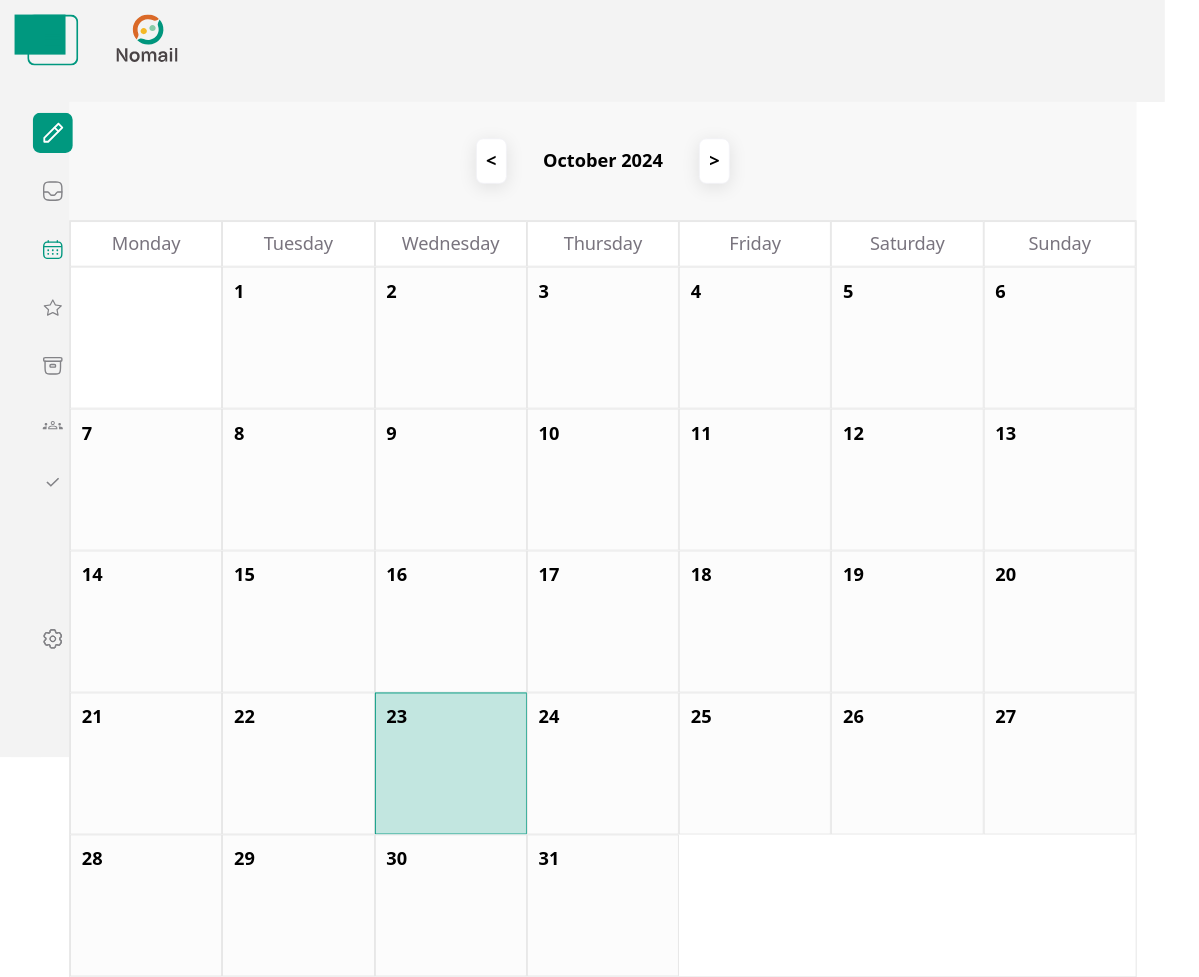
Repository: Tofigkh1/Nomail-App
Page: /calendar
These files come from the project's save history. The page is drawn as it stood at one moment and after a run of saves; the edit follows.
The browser window is 1280 px wide. The page is 1280 px wide, then 1318 px, then 1280 px, so the pictures cover 1318 px, including what lies to the right of the window. The pictures show the whole page, at 91% of full size.
The project was rebuilt for these pictures with package versions that can differ from the ones it lists, and the page was loaded fresh each time. The framework's server and built-in components were replaced by stand-ins that run in the browser. Also part of the build but not shown: next.config.mjs, components/shared/svg/calendarSvg.jsx.

Above is the page before, as saved 2024-10-23 03:25:42.

### app/layout.tsx
import type { Metadata } from "next";
import localFont from "next/font/local";
import "./Styles/globals.css";
import Header from "@/components/shared/client/Header/header";

const geistSans = localFont({
  src: "./fonts/GeistVF.woff",
  variable: "--font-geist-sans",
  weight: "100 900",
});
const geistMono = localFont({
  src: "./fonts/GeistMonoVF.woff",
  variable: "--font-geist-mono",
  weight: "100 900",
});

export const metadata: Metadata = {
  title: "Create Next App",
  description: "Generated by create next app",
};

export default function RootLayout({
  children,
}: Readonly<{
  children: React.ReactNode;
}>) {
  return (
    <html lang="en">
      <body
        className={`${geistSans.variable} ${geistMono.variable} antialiased`}
      >
        {children}

      </body>
    </html>
  );
}

### app/Styles/globals.css
@tailwind base;
@tailwind components;
@tailwind utilities;


.App {
  font-family: sans-serif;
  text-align: center;
}


:root {
  --background: #ffffff;
  --foreground: #171717;
}

@media (prefers-color-scheme: dark) {
  :root {
    --background: #0a0a0a;
    --foreground: #ededed;
  }
}


@layer utilities {
  .text-balance {
    text-wrap: balance;
  }
}

### components/shared/client/Header/header.tsx
import { useContext } from "react";
import { SidebarContext } from '../SideBarMenu/sideBarMenu'; // Import context
import NomailLogo from "@/components/shared/svg/headerlLogoSvg";
import HamburgerBtnSvg from "../../svg/hamburgerBtnSvg"



export default function Header() {

    const { expanded, setExpanded } = useContext(SidebarContext); // Access context

    return (
        <div className="flex items-center justify-between p-4 bg-headerColor text-white">
            <div className='w-auto h-20 flex gap-14'>

                <div>
                    <button onClick={() => setExpanded(!expanded)}
                            className="pl-3.5 bg-textColorGreen hover:bg-clientButtonGreen w-14 h-11">
                        <HamburgerBtnSvg/>
                    </button>
                </div>

                <div>
                    <NomailLogo/>
                </div>


            </div>
        </div>
    );
}

### components/shared/client/SideBarMenu/sideBarMenu.tsx
import React, { useState, useContext, ReactNode } from "react";
import { ChevronFirst, ChevronLast } from "lucide-react";

export const SidebarContext = React.createContext<{ expanded: boolean; setExpanded: (expanded: boolean) => void; }>({
    expanded: false,
    setExpanded: () => {},
});

// Sidebar component now depends on context for state
export default function Sidebar({ children }: { children: ReactNode }) {
    const { expanded, setExpanded } = useContext(SidebarContext);

    return (
        <aside className="h-screen bg-headerColor">
            <nav
                className={`h-full flex flex-col bg-headerColor border-r border-whiteLight3 transition-all duration-200 ease-in-out ml-3 ${expanded ? "w-[127%] h-[130%] " : "w-[99px]"}`}>

                <ul className=" flex-1 px-3">{children}</ul>
            </nav>
        </aside>
    );
}

// SidebarItem component for individual items inside the sidebar
type SidebarItemProps = {
    icon: ReactNode;   // Icon to display in the sidebar item
    text: string;      // Text to display in the sidebar item
    active: boolean;   // Boolean to determine if the item is active (highlighted)
    onClick: () => void; // Add onClick function to handle clicks
    style?: React.CSSProperties;
};

export function SidebarItem({icon, text, active, onClick,style}: SidebarItemProps) {
    const context = useContext(SidebarContext); // Sidebar context to manage expanded/collapsed state
    const {expanded} = context!;

    return (
        <li
            onClick={onClick} // Attach the click handler here
            style={style}
            className={`group relative flex items-center py-2 px-3 my-1 font-medium rounded-md cursor-pointer duration-300 ease-in-out transition-colors
          ${
                active
                    ? " text-mainRedLight " // Active item style
                    : " text-gray-600 " // Hover style for non-active items
            }`}
        >

            <span className="text-xl transition-all duration-300 ease-in-out">
        {icon}
      </span>

            {/* Text büyütüldü ve boşluk artırıldı */}
            {expanded && (
                <span className="ml-4 text-xl text-black transition-all duration-300 ease-in-out ">
          {text}
        </span>
            )}

            {/* Navbar kapalıyken hover ile çıkan isimler için arka plan yeşil yapıldı */}
            {!expanded && (
                <span
                    className={` absolute left-full whitespace-nowrap bg-textColorGreen text-white rounded-md py-1 px-2 transition-all duration-300 ease-in-out ml-2 opacity-0 group-hover:opacity-100`}
                >
          {text}
        </span>
            )}
        </li>
    );
}

### components/shared/svg/newMail.jsx
'use client'
export default function  newMail(){
    return(
        <>
            <svg width="44" height="44" viewBox="0 0 44 44" fill="none" xmlns="http://www.w3.org/2000/svg">
                <rect width="44" height="44" rx="8" fill="#00987F"/>
                <path fill-rule="evenodd" clip-rule="evenodd"
                      d="M27.5115 11.2439C27.902 10.8534 28.5351 10.8534 28.9257 11.2438L33.1687 15.4863C33.3562 15.6739 33.4616 15.9282 33.4616 16.1935C33.4616 16.4587 33.3562 16.7131 33.1687 16.9006L17.6122 32.4571C17.4247 32.6446 17.1703 32.75 16.9051 32.75H12.6626C12.1103 32.75 11.6626 32.3023 11.6626 31.75V27.5075C11.6626 27.2423 11.768 26.9879 11.9555 26.8004L27.5115 11.2439ZM28.2187 13.3652L13.6626 27.9217V30.75H16.4909L31.0473 16.1935L28.2187 13.3652Z"
                      fill="white"/>
                <path fill-rule="evenodd" clip-rule="evenodd"
                      d="M23.269 15.4864C23.6595 15.0959 24.2927 15.0959 24.6832 15.4864L28.9257 19.7289C29.3162 20.1194 29.3162 20.7526 28.9257 21.1431C28.5352 21.5336 27.902 21.5336 27.5115 21.1431L23.269 16.9006C22.8784 16.5101 22.8784 15.8769 23.269 15.4864Z"
                      fill="white"/>
            </svg>


        </>
    )
}

### components/shared/svg/FavoritesSvg.jsx
'use client'
export default function  favoritesSvg(){
    return(
        <>
            <svg width="44" height="44" viewBox="0 0 44 44" fill="none" xmlns="http://www.w3.org/2000/svg">
                <path
                    d="M15.5808 30.2201C15.4833 30.7528 16.0307 31.1692 16.5132 30.9316L22.0006 28.2246L27.4868 30.9316C27.9693 31.1692 28.5168 30.7528 28.4193 30.2213L27.3818 24.5457L31.7842 20.5188C32.1967 20.142 31.9842 19.4533 31.4317 19.3789L25.3093 18.5438L22.5794 13.3517C22.5274 13.2465 22.4453 13.1576 22.3428 13.0953C22.2402 13.0331 22.1214 13 22 13C21.8787 13 21.7598 13.0331 21.6573 13.0953C21.5547 13.1576 21.4727 13.2465 21.4206 13.3517L18.6907 18.545L12.5683 19.3801C12.0171 19.4545 11.8033 20.1432 12.2146 20.52L16.6182 24.5469L15.5808 30.2225V30.2201ZM21.7119 26.8999L17.1045 29.1725L17.972 24.4245C17.9928 24.3152 17.9852 24.2026 17.9496 24.0969C17.914 23.9911 17.8517 23.8955 17.7682 23.8185L14.1358 20.4948L19.2007 19.8037C19.3054 19.788 19.4046 19.7484 19.4901 19.6883C19.5756 19.6281 19.6448 19.5492 19.6919 19.4581L21.9981 15.0688L24.3068 19.4581C24.354 19.5492 24.4232 19.6281 24.5086 19.6883C24.5941 19.7484 24.6934 19.788 24.7981 19.8037L29.863 20.4936L26.2306 23.8173C26.1469 23.8944 26.0844 23.9903 26.0488 24.0962C26.0133 24.2022 26.0057 24.315 26.0268 24.4245L26.8943 29.1725L22.2869 26.8999C22.1979 26.8555 22.0991 26.8324 21.9988 26.8324C21.8985 26.8324 21.8009 26.8555 21.7119 26.8999Z"
                    fill="#A4A4A9"/>
                <path
                    d="M15.5808 30.2201C15.4833 30.7528 16.0307 31.1692 16.5132 30.9316L22.0006 28.2246L27.4868 30.9316C27.9693 31.1692 28.5168 30.7528 28.4193 30.2213L27.3818 24.5457L31.7842 20.5188C32.1967 20.142 31.9842 19.4533 31.4317 19.3789L25.3093 18.5438L22.5794 13.3517C22.5274 13.2465 22.4453 13.1576 22.3428 13.0953C22.2402 13.0331 22.1214 13 22 13C21.8787 13 21.7598 13.0331 21.6573 13.0953C21.5547 13.1576 21.4727 13.2465 21.4206 13.3517L18.6907 18.545L12.5683 19.3801C12.0171 19.4545 11.8033 20.1432 12.2146 20.52L16.6182 24.5469L15.5808 30.2225V30.2201ZM21.7119 26.8999L17.1045 29.1725L17.972 24.4245C17.9928 24.3152 17.9852 24.2026 17.9496 24.0969C17.914 23.9911 17.8517 23.8955 17.7682 23.8185L14.1358 20.4948L19.2007 19.8037C19.3054 19.788 19.4046 19.7484 19.4901 19.6883C19.5756 19.6281 19.6448 19.5492 19.6919 19.4581L21.9981 15.0688L24.3068 19.4581C24.354 19.5492 24.4232 19.6281 24.5086 19.6883C24.5941 19.7484 24.6934 19.788 24.7981 19.8037L29.863 20.4936L26.2306 23.8173C26.1469 23.8944 26.0844 23.9903 26.0488 24.0962C26.0133 24.2022 26.0057 24.315 26.0268 24.4245L26.8943 29.1725L22.2869 26.8999C22.1979 26.8555 22.0991 26.8324 21.9988 26.8324C21.8985 26.8324 21.8009 26.8555 21.7119 26.8999Z"
                    fill="black" fill-opacity="0.2"/>
            </svg>


        </>
    )
}

### components/shared/svg/ArchiveSvg.jsx
'use client'
export default function archiveSvg(){
    return(
        <>
            <svg width="44" height="44" viewBox="0 0 44 44" fill="none" xmlns="http://www.w3.org/2000/svg">
                <path
                    d="M19 22C19 21.534 19 21.301 19.076 21.117C19.1777 20.8725 19.3723 20.6783 19.617 20.577C19.801 20.5 20.034 20.5 20.5 20.5H23.5C23.966 20.5 24.199 20.5 24.383 20.576C24.6275 20.6777 24.8217 20.8723 24.923 21.117C25 21.301 25 21.534 25 22C25 22.466 25 22.699 24.924 22.883C24.8223 23.1275 24.6277 23.3217 24.383 23.423C24.199 23.5 23.966 23.5 23.5 23.5H20.5C20.034 23.5 19.801 23.5 19.617 23.424C19.3725 23.3223 19.1783 23.1277 19.077 22.883C19 22.699 19 22.466 19 22Z"
                    stroke="#A4A4A9" stroke-width="1.5"/>
                <path
                    d="M19 22C19 21.534 19 21.301 19.076 21.117C19.1777 20.8725 19.3723 20.6783 19.617 20.577C19.801 20.5 20.034 20.5 20.5 20.5H23.5C23.966 20.5 24.199 20.5 24.383 20.576C24.6275 20.6777 24.8217 20.8723 24.923 21.117C25 21.301 25 21.534 25 22C25 22.466 25 22.699 24.924 22.883C24.8223 23.1275 24.6277 23.3217 24.383 23.423C24.199 23.5 23.966 23.5 23.5 23.5H20.5C20.034 23.5 19.801 23.5 19.617 23.424C19.3725 23.3223 19.1783 23.1277 19.077 22.883C19 22.699 19 22.466 19 22Z"
                    stroke="black" stroke-opacity="0.2" stroke-width="1.5"/>
                <path
                    d="M30.5 17V23C30.5 26.771 30.5 28.657 29.328 29.828C28.157 31 26.271 31 22.5 31H21.5C17.729 31 15.843 31 14.672 29.828C13.5 28.657 13.5 26.771 13.5 23V17"
                    stroke="#A4A4A9" stroke-width="1.5" stroke-linecap="round"/>
                <path
                    d="M30.5 17V23C30.5 26.771 30.5 28.657 29.328 29.828C28.157 31 26.271 31 22.5 31H21.5C17.729 31 15.843 31 14.672 29.828C13.5 28.657 13.5 26.771 13.5 23V17"
                    stroke="black" stroke-opacity="0.2" stroke-width="1.5" stroke-linecap="round"/>
                <path
                    d="M12 15C12 14.057 12 13.586 12.293 13.293C12.586 13 13.057 13 14 13H30C30.943 13 31.414 13 31.707 13.293C32 13.586 32 14.057 32 15C32 15.943 32 16.414 31.707 16.707C31.414 17 30.943 17 30 17H14C13.057 17 12.586 17 12.293 16.707C12 16.414 12 15.943 12 15Z"
                    stroke="#A4A4A9" stroke-width="1.5"/>
                <path
                    d="M12 15C12 14.057 12 13.586 12.293 13.293C12.586 13 13.057 13 14 13H30C30.943 13 31.414 13 31.707 13.293C32 13.586 32 14.057 32 15C32 15.943 32 16.414 31.707 16.707C31.414 17 30.943 17 30 17H14C13.057 17 12.586 17 12.293 16.707C12 16.414 12 15.943 12 15Z"
                    stroke="black" stroke-opacity="0.2" stroke-width="1.5"/>
            </svg>

        </>
    )
}

### components/shared/svg/TodoSvg.jsx
'use client'
export default function  todoSvg(){
    return(
        <>
            <svg width="44" height="44" viewBox="0 0 44 44" fill="none" xmlns="http://www.w3.org/2000/svg">
                <path d="M19.8957 27L15 22.2599L16.2239 21.0748L19.8957 24.6299L27.7761 17L29 18.185L19.8957 27Z"
                      fill="#A4A4A9"/>
                <path d="M19.8957 27L15 22.2599L16.2239 21.0748L19.8957 24.6299L27.7761 17L29 18.185L19.8957 27Z"
                      fill="black" fill-opacity="0.2"/>
            </svg>

        </>
    )
}

### components/shared/svg/hamburgerBtnSvg.jsx
'use client'
export default function  HamburgerBtnSvg(){
    return(
        <>
            <svg width="56" height="56" viewBox="0 0 56 56" fill="none" xmlns="http://www.w3.org/2000/svg">
                <rect x="1" y="1" width="54" height="54" rx="7" stroke="#00987F" stroke-width="2"/>
                <path d="M19 22H37V24H19V22ZM19 27H37V29H19V27ZM19 32H37V34H19V32Z" fill="#00987F"/>
            </svg>


        </>
    )
}

### components/shared/client/Calendar/Calendar.css
.calendar-container {
    width: 95%;
    background-color: #f8f8f8;
    color: black;
    margin: 0 auto;

  }

  .calendar-header {
    display: flex;
    justify-content: center;
    align-items: center;
    gap: 40px;
    padding: 40px 0;
  }

  .calendar-header button {
    background-color: white;
    color: black;
    border-radius: 8px;
    border: 1px solid #f2f2f7;
    padding: 10px;
    cursor: pointer;
    box-shadow: 0px 4px 20px 0px rgba(0, 0, 0, 0.1);
  }

  .calendar-header span {
    font-weight: bold;
  }

  .calendar-grid {
    display: grid;
    grid-template-columns: repeat(7, 1fr);
    justify-content: center;
    align-items: center;
    border: 1px solid #e5e5e5;
    background-color: #fff;
  }

  .calendar-day-name {
    font-size: 20px;
    font-style: normal;
    font-weight: 400;
    letter-spacing: -0.15px;
    color: #79747e;
    padding: 10px;
    border: 1px solid #e5e5e5;
    width: 100%;
    text-align: center;
  }

  .calendar-day {
    background-color: #f0f0f0;
    text-align: center;
    cursor: pointer;
    display: flex;
    width: 100%;
    border: 1px solid #e5e5e5;
    padding: 12px;
    height: 156px;
    flex-direction: column;
    align-items: flex-start;
    background-color: #fcfcfc;
  }
  .calendar-day:hover {
    background-color: #e5e5ea;
  }

  .calendar-day.today {
    border: 1px solid #00987f;
    background-color: #00987f3d;
  }

  .calendar-day.empty {
    background-color: transparent;
    cursor: default;
  }

  .calendar-popup {
    position: fixed;
    top: 20%;
    left: 50%;
    transform: translate(-50%, 0);
    background-color: white;
    border: 1px solid #ddd;
    box-shadow: 0 2px 10px rgba(0, 0, 0, 0.1);
    z-index: 1000;
    display: flex;
    flex-direction: column;
    gap: 5px;
  }

  .popup-header {
    width: 100%;
    display: flex;
    justify-content: space-between;
    box-shadow: 2px 2px 40px 0px rgba(0, 0, 0, 0.16);
    padding: 10px;
  }

  .discard-btn,
  .save-btn {
    background-color: #fff;
    border: none;
    padding: 5px 10px;
    cursor: pointer;
    font-size: 14px;
    border-radius: 4px;
  }
  .popup-external {
    display: flex;
    justify-content: space-between;
    align-items: center;
  }
  .save-btn {
    background-color: #00987f;
    color: white;
    display: flex;
    align-items: center;
    justify-content: space-between;
    gap: 5px;
    padding: 7.5px 8px;
  }

  .discard-btn {
    color: white;
    display: flex;
    align-items: flex-start;
    gap: 8px;
    color: black;
  }

  .popup-content {
    display: flex;
    flex-direction: column;
    gap: 10px;
    padding: 10px;
  }
  .firstContainer {
    display: flex;
    justify-content: center;
    gap: 10px;
    padding: 10px;
  }
  .secondContainer {
    display: flex;
    align-items: center;
    gap: 10px;
    padding: 10px;
  }
  .thirdContainer {
    display: flex;
    align-items: center;
    gap: 10px;
    padding: 10px;
  }
  .inputContainers {
    display: flex;
    gap: 10px;
  }
  .dateInput {
    padding: 5px;
    border: 1px solid #e5e5e5;
    border-radius: 10px;
  }
  .timeInput {
    padding: 5px;
    border: 1px solid #e5e5e5;
    border-radius: 10px;
  }
  .textAreaInput {
      padding: 5px;
      width: 100%;
  }
  .textAreaInput:focus {
      outline: none;
      border-bottom: 2px solid #00987f;
  }
  .textInput {
      padding: 5px;
  }
  .textInput:focus {
      outline: none;
      border-bottom: 2px solid #00987f;
  }
  .event-list {
      width: 100%;
      height: 100%;
      display: flex;
      align-items: end;
  }
  .event-item {
      display: flex;
      justify-content: space-between;
      align-items: center;
      width: 100%;
  }
  .goldenText {
      color: #FFC531;
  }


  /* Toggle düğmesi (switch) stil */
  .switch {
      position: relative;
      display: inline-block;
      width: 50px;
      height: 24px;
    }

    /* Gizlenen varsayılan checkbox */
    .switch input {
      opacity: 0;
      width: 0;
      height: 0;
    }

    /* Slider stil (toggle kısmı) */
    .slider {
      position: absolute;
      cursor: pointer;
      top: 0;
      left: 0;
      right: 0;
      bottom: 0;
      background-color: #ccc;
      transition: 0.4s;
      border-radius: 34px;
    }

    .slider:before {
      position: absolute;
      content: "";
      height: 20px;
      width: 20px;
      left: 4px;
      bottom: 2px;
      background-color: white;
      transition: 0.4s;
      border-radius: 50%;
    }

    /* Checkbox checked olunca stil */
    input:checked + .slider {
      background-color: #2196F3;
    }

    /* Toggle yuvarlağının sağa geçmesi */
    input:checked + .slider:before {
      transform: translateX(26px);
    }

    /* Slider yuvarlatılmış köşeler */
    .slider.round {
      border-radius: 34px;
    }

    .slider.round:before {
        border-radius:50%;
}

### tailwind.config.ts
import type { Config } from "tailwindcss";

const config: Config = {
  content: [
    "./pages/**/*.{js,ts,jsx,tsx,mdx}",
    "./components/**/*.{js,ts,jsx,tsx,mdx}",
    "./app/**/*.{js,ts,jsx,tsx,mdx}",
  ],
  theme: {
    extend: {
      colors: {
        background: "var(--background)",
        foreground: "var(--foreground)",
        headerColor: "#F3F3F3",
        textColorGreen: "#00987F",
        textGray: "#A4A4A9",
        sideBarColor: "#E5E5E5",
        textColGreen: "#00987F",
        bordersColor: "#D1D1D6"
      },
    },
  },
  plugins: [],
};
export default config;

Loaded but not shown: components/shared/svg/settingSvg.jsx (25 lines, source omitted); components/shared/client/Calendar/index.jsx (361 lines, source omitted); components/shared/svg/InboxSvg.jsx (17 lines, source omitted); components/shared/svg/groupSvg.jsx (17 lines, source omitted); components/shared/svg/headerlLogoSvg.jsx (38 lines, source omitted); app/calendar/page.tsx (100 lines, source omitted); components/shared/svg/calendarActiveSvg.jsx (18 lines, source omitted)

After the next 3 saves:
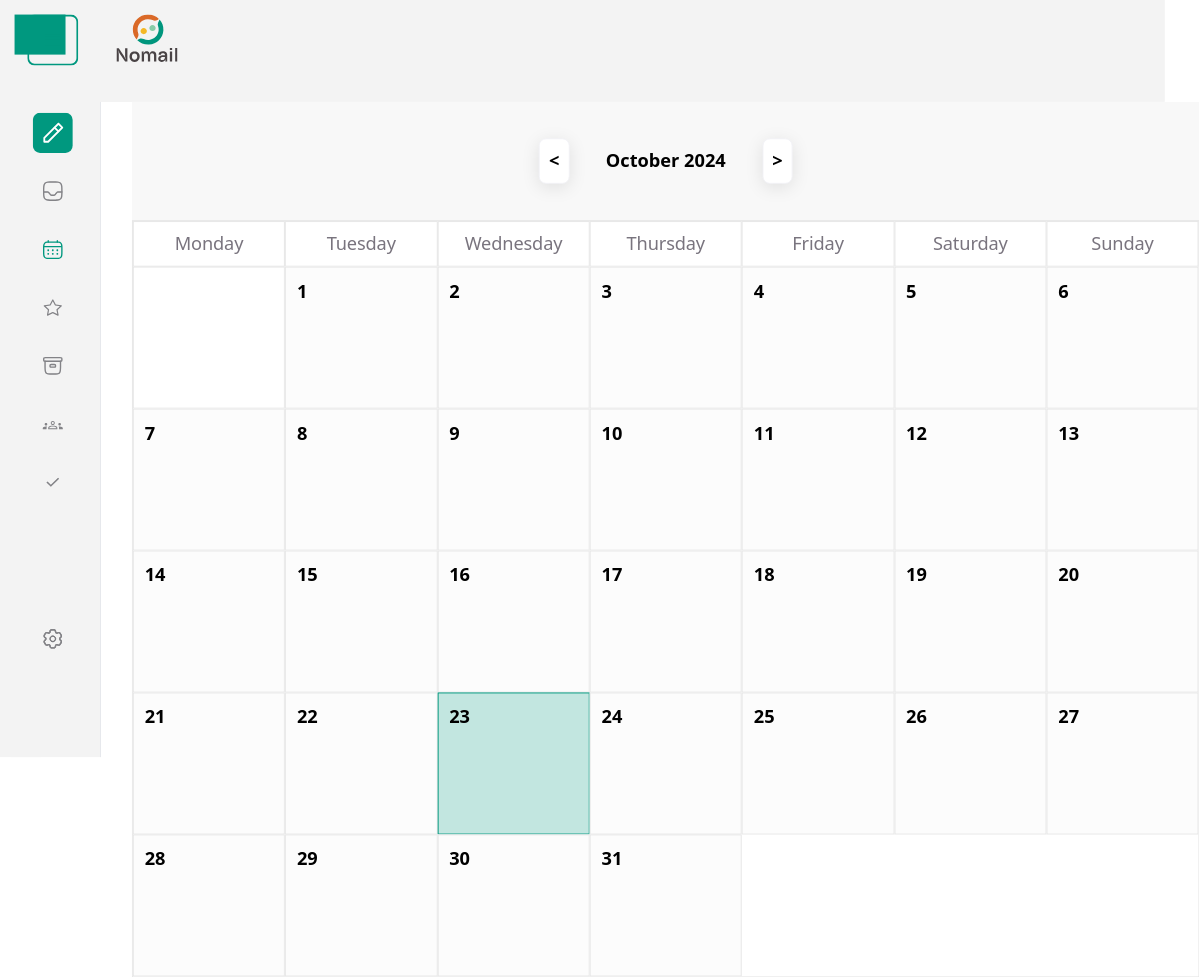
The 3 saves are shown as one change because they came seconds apart.
The last was saved 9 s later.
--- a/components/shared/client/Calendar/Calendar.css
+++ b/components/shared/client/Calendar/Calendar.css
@@ -3,7 +3,7 @@
     background-color: #f8f8f8;
     color: black;
     margin: 0 auto;
-
+    margin-left: 100px;
   }
 
   .calendar-header {

After the save that followed:
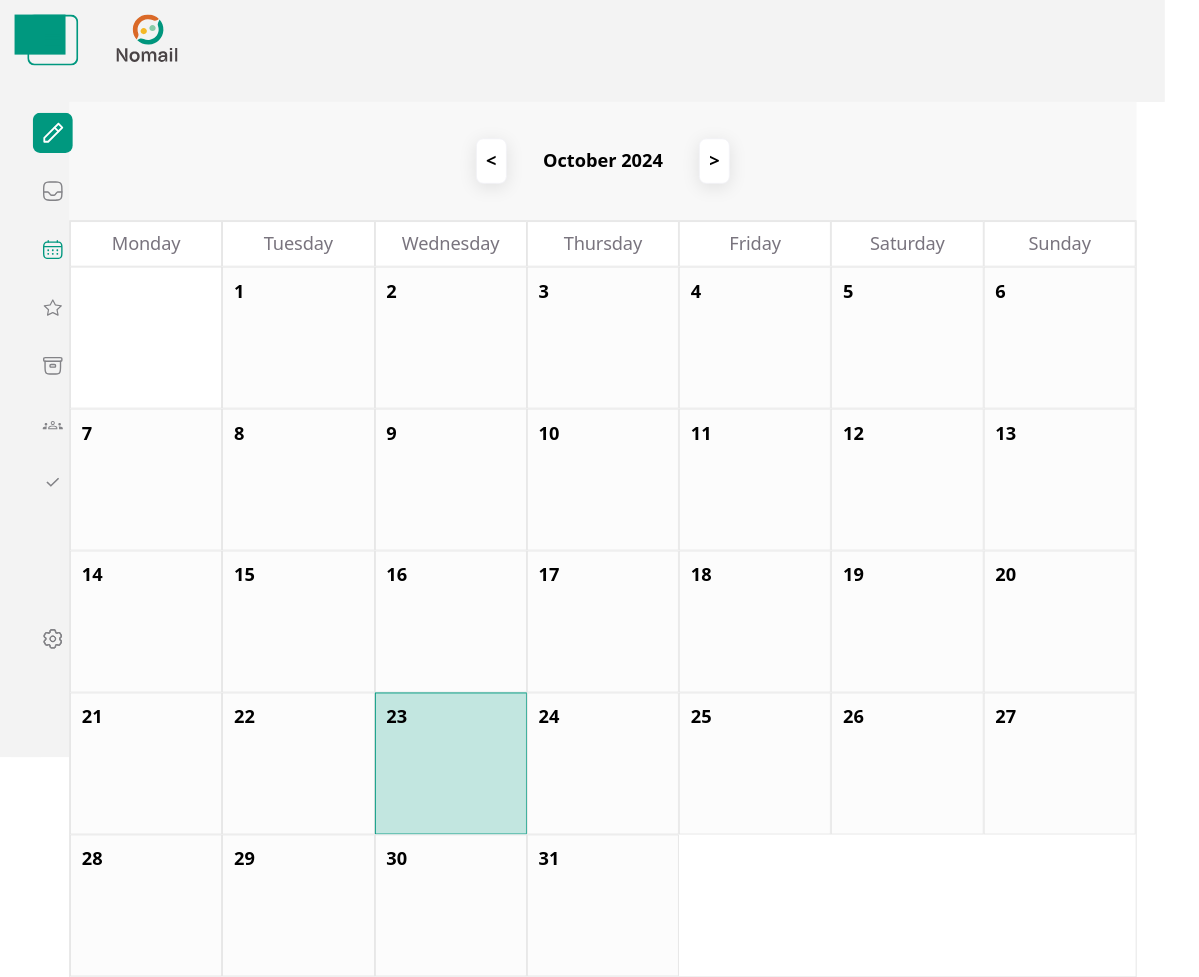
Saved 8 s later.
--- a/components/shared/client/Calendar/Calendar.css
+++ b/components/shared/client/Calendar/Calendar.css
@@ -3,7 +3,7 @@
     background-color: #f8f8f8;
     color: black;
     margin: 0 auto;
-    margin-left: 100px;
+
   }
 
   .calendar-header {
